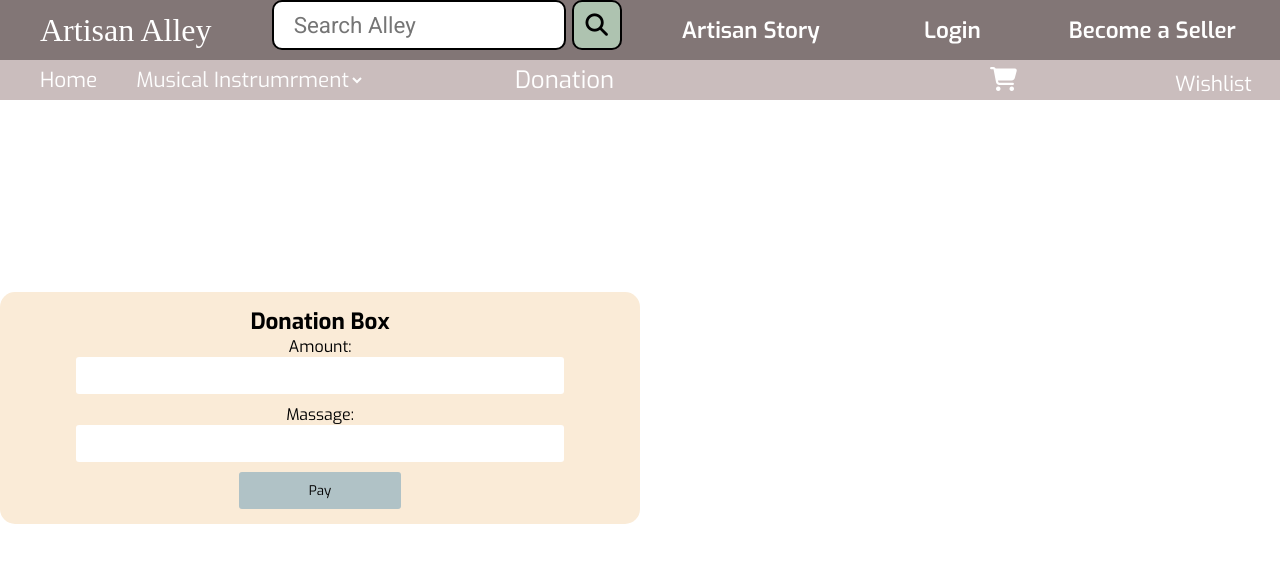
Repository: RingkhangBTY/Bytehacks_Hackathon_Project
Page: donation.html
These files come from the project's save history. The page is drawn as it stood at one moment and after a run of saves; the edit follows.
The browser window is 1280 px wide. The pictures show the whole page.
Some web fonts or font styles are not loaded; a fallback is used.

Above is the page before, as saved 2024-11-27 10:47:56.

After the next 2 saves:
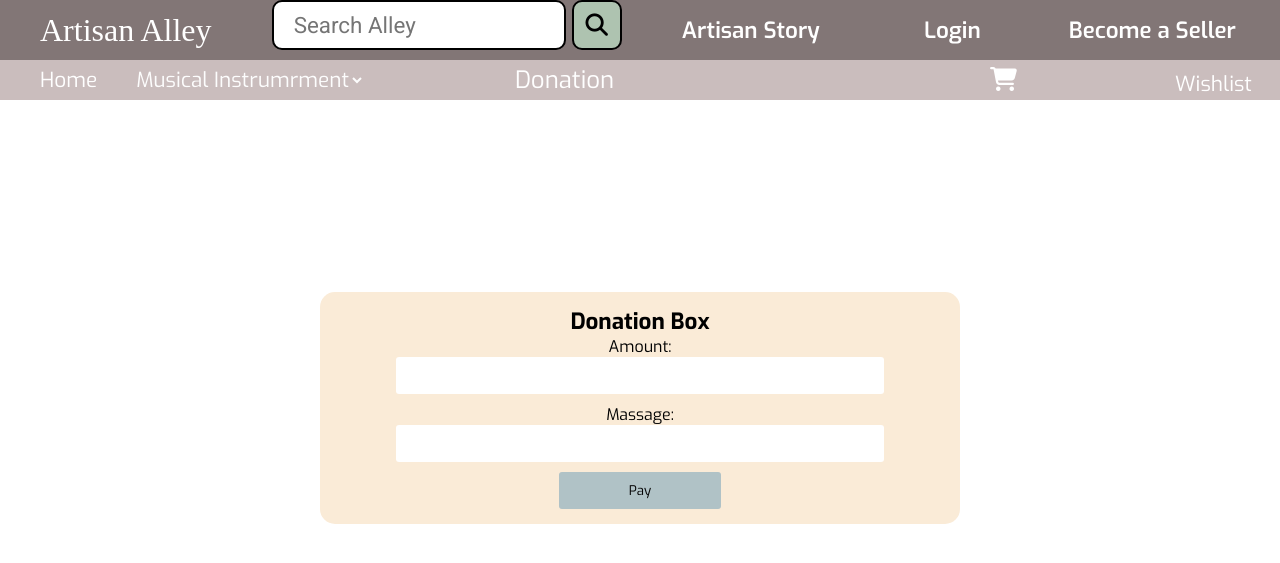
The 2 saves are shown as one change because they came seconds apart.
The last was saved 9 s later.
--- a/login/donation-style.css
+++ b/login/donation-style.css
@@ -1,6 +1,5 @@
 .donate-con{
-    justify-content: center;
-    cn
+    justify-items: center;
 }
 
 .donation-cont{
